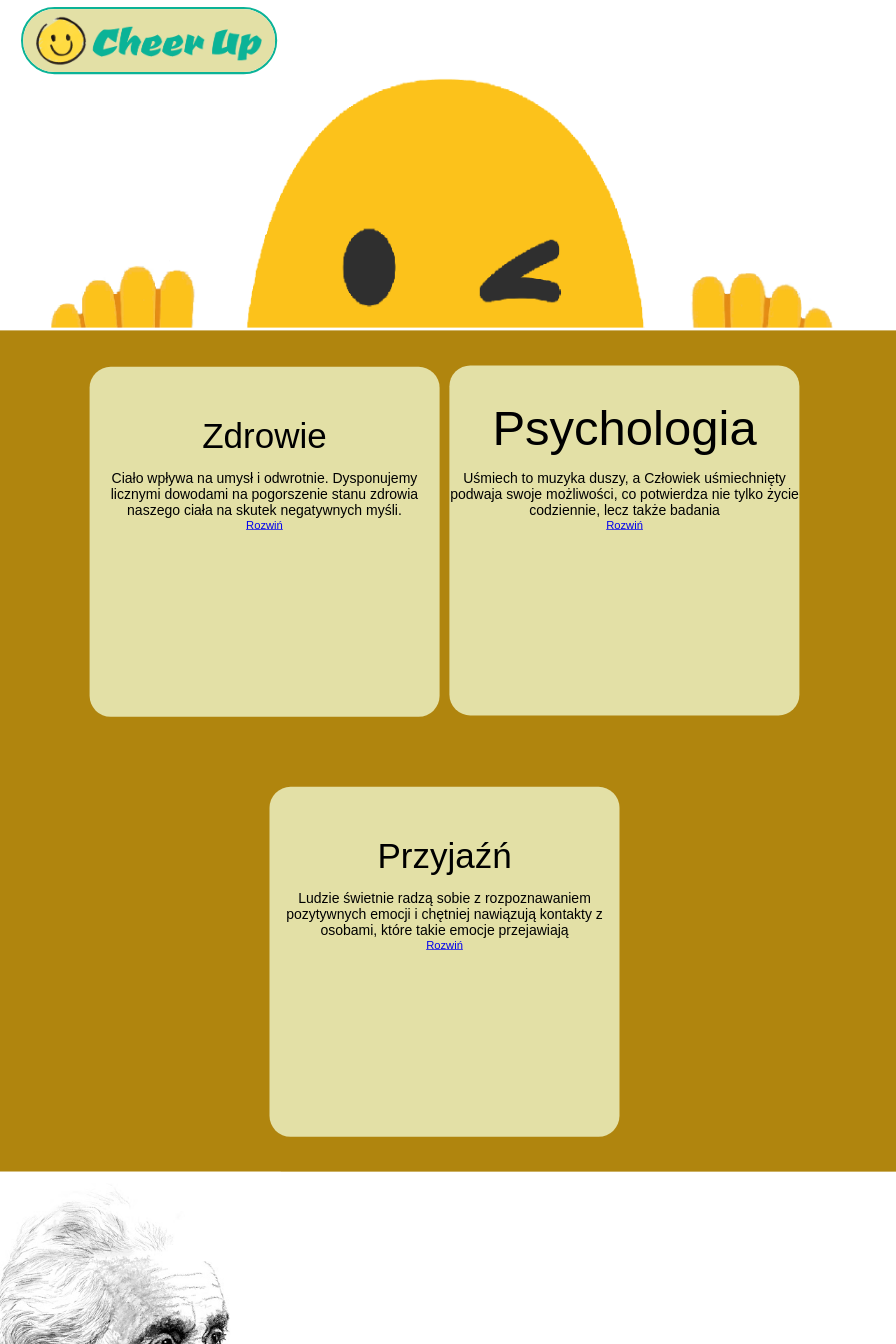
Repository: addstaw/moja-strona
Page: index.html
An editor plug-in stored every save of this project. The page is shown before and after the next save, followed by the edit.
The browser window is 1280 px wide. The pictures show the part of the page from y = 0 to 1920 px (the page is 4034 px tall before and 4053 px after), at 70% of full size.
Some web fonts or font styles are not loaded; a fallback is used.

Above is the page before, as saved 2020-05-22 09:20:12.

After the next save:
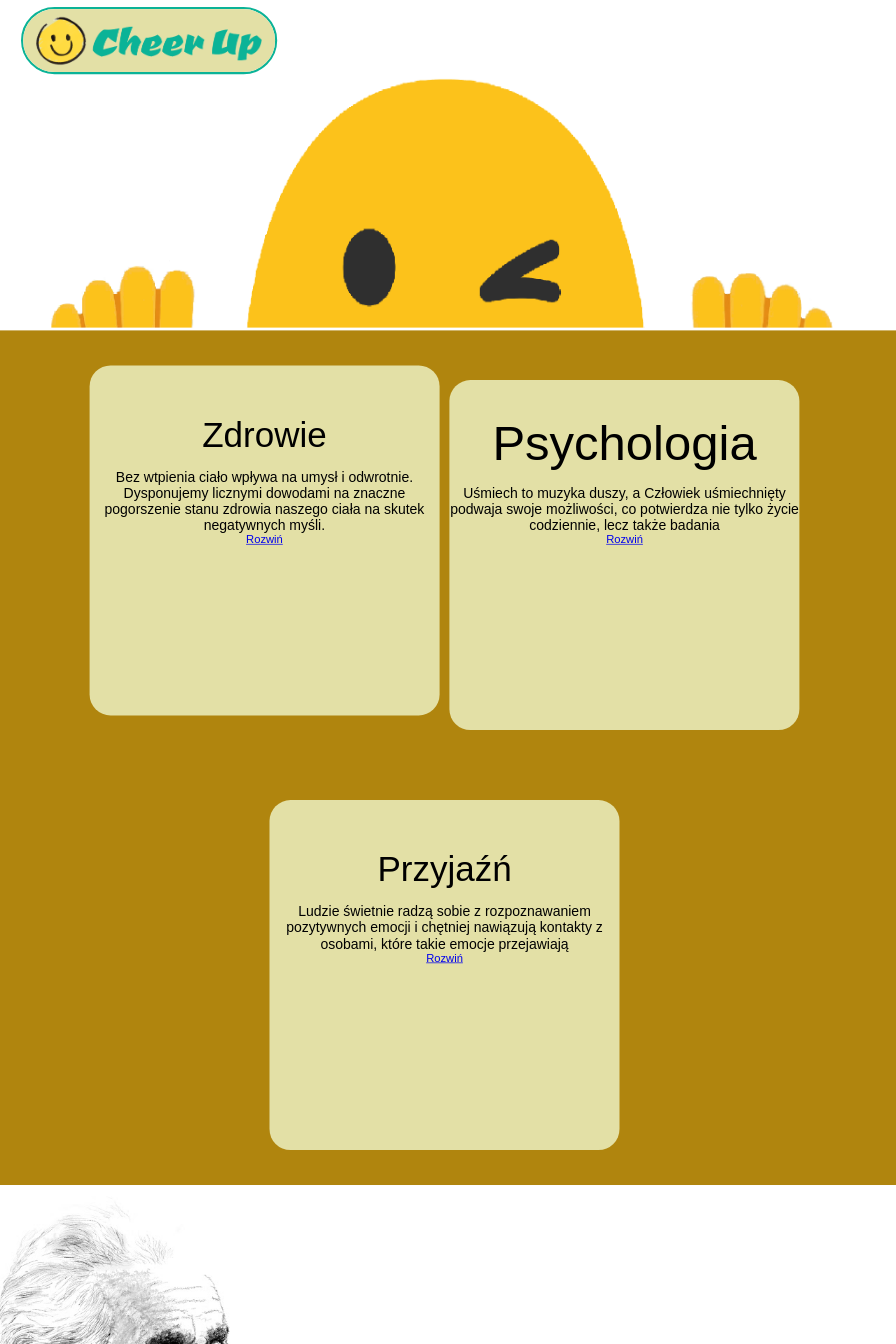
Saved 4 h 35 min later.
--- a/index.html
+++ b/index.html
@@ -33,7 +33,7 @@
                     <div id="introduce">
                         <header><div class="headerIntroduce">Zdrowie</div></header>
                         <article><div class="contentIntroduce">
-                            Ciało wpływa na umysł i odwrotnie. Dysponujemy licznymi dowodami na pogorszenie stanu zdrowia naszego ciała na skutek negatywnych myśli.
+                            Bez wtpienia ciało wpływa na umysł i odwrotnie. Dysponujemy licznymi dowodami na znaczne pogorszenie stanu zdrowia naszego ciała na skutek negatywnych myśli.
                         </div>
                         <a href="zdrowie.html" target="_blank"> <div class="button">Rozwiń</div></a>
                     </article>

After the save that followed:
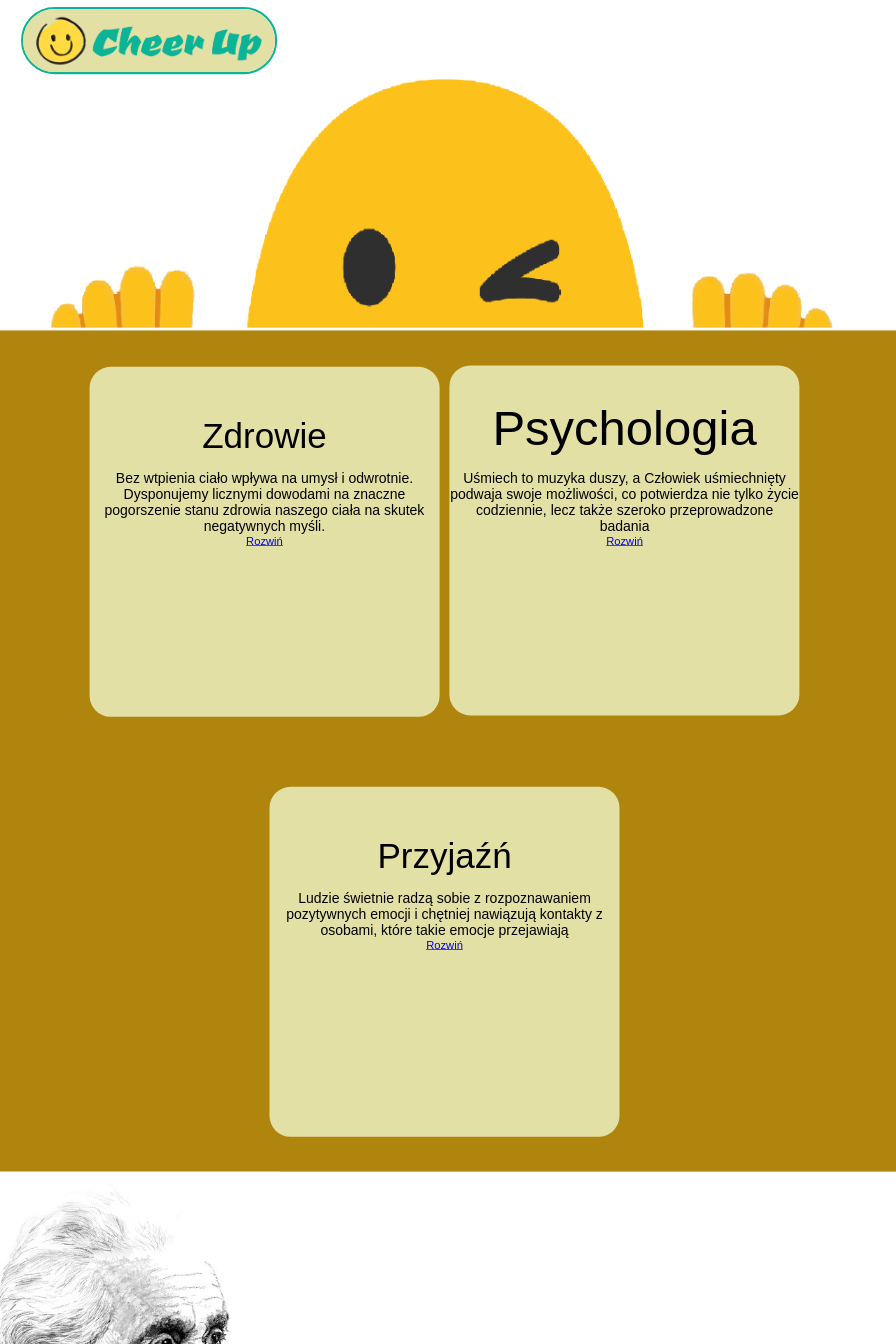
Saved 56 s later.
--- a/index.html
+++ b/index.html
@@ -42,7 +42,7 @@
                         <header><div class="headerIntroduce" id="mainHeaderIntroduce">Psychologia</div></header>
                         <article><div class="contentIntroduce">
                             Uśmiech to muzyka duszy, a Człowiek uśmiechnięty podwaja swoje możliwości, co potwierdza nie tylko życie codziennie,
-                             lecz także badania
+                             lecz także  szeroko przeprowadzone badania
                         </div>
                         <a href="psychologia.html" target="_blank"> <div class="button">Rozwiń</div></a>
                     </article>
